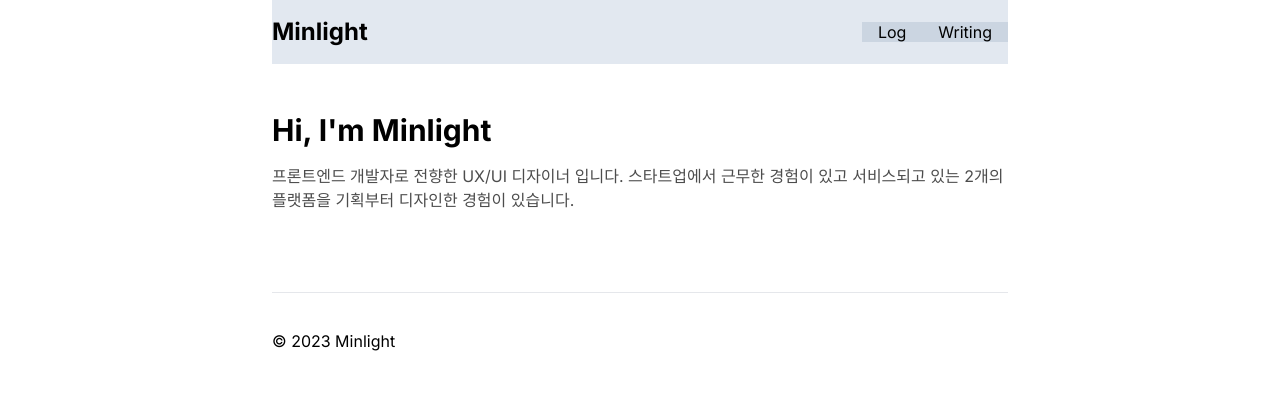
Repository: kwngmin/minlight-log
Page: /
The author's editor kept a copy of each file at every save. The page is drawn from the files as they stood at one save, then again after the next save.
The browser window is 1280 px wide. The pictures show the whole page.
The project was rebuilt for these pictures with package versions that can differ from the ones it lists, and the page was loaded fresh each time. The framework's server and built-in components were replaced by stand-ins that run in the browser. Also part of the build but not shown: next.config.js.

Above is the page before, as saved 2023-04-04 15:42:19.

### src/app/layout.tsx
import "./globals.css";
import Footer from "@/components/Footer";
import Header from "@/components/Header";

import { Inter } from "next/font/google";
const inter = Inter({ subsets: ["latin"] });

export const metadata = {
  title: {
    default: "Minlight",
    template: "Minlight | %s",
  },
  description: "Minlight log",
};

export default function RootLayout({
  children,
}: {
  children: React.ReactNode;
}) {
  return (
    <html lang="en" className={inter.className}>
      <body className="flex flex-col max-w-screen-md mx-auto px-4">
        <Header />
        <main className="grow">{children}</main>
        <Footer />
      </body>
    </html>
  );
}

### src/app/page.tsx
export default function Home() {
  return (
    <section>
      <div className="my-12">
        <h1 className="text-3xl font-bold mb-4">{`Hi, I'm Minlight`}</h1>
        <p className="text-black/70">
          프론트엔드 개발자로 전향한 UX/UI 디자이너 입니다. 스타트업에서 근무한
          경험이 있고 서비스되고 있는 2개의 플랫폼을 기획부터 디자인한 경험이
          있습니다.
        </p>
      </div>
    </section>
  );
}

### src/app/globals.css
@tailwind base;
@tailwind components;
@tailwind utilities;

* {
  box-sizing: border-box;
  padding: 0;
  margin: 0;
}
/*
:root {
  --max-width: 1100px;
  --border-radius: 12px;
  --font-mono: ui-monospace, Menlo, Monaco, "Cascadia Mono", "Segoe UI Mono",
    "Roboto Mono", "Oxygen Mono", "Ubuntu Monospace", "Source Code Pro",
    "Fira Mono", "Droid Sans Mono", "Courier New", monospace;

  --foreground-rgb: 0, 0, 0;
  --background-start-rgb: 214, 219, 220;
  --background-end-rgb: 255, 255, 255;

  --primary-glow: conic-gradient(
    from 180deg at 50% 50%,
    #16abff33 0deg,
    #0885ff33 55deg,
    #54d6ff33 120deg,
    #0071ff33 160deg,
    transparent 360deg
  );
  --secondary-glow: radial-gradient(
    rgba(255, 255, 255, 1),
    rgba(255, 255, 255, 0)
  );

  --tile-start-rgb: 239, 245, 249;
  --tile-end-rgb: 228, 232, 233;
  --tile-border: conic-gradient(
    #00000080,
    #00000040,
    #00000030,
    #00000020,
    #00000010,
    #00000010,
    #00000080
  );

  --callout-rgb: 238, 240, 241;
  --callout-border-rgb: 172, 175, 176;
  --card-rgb: 180, 185, 188;
  --card-border-rgb: 131, 134, 135;
}

@media (prefers-color-scheme: dark) {
  :root {
    --foreground-rgb: 255, 255, 255;
    --background-start-rgb: 0, 0, 0;
    --background-end-rgb: 0, 0, 0;

    --primary-glow: radial-gradient(rgba(1, 65, 255, 0.4), rgba(1, 65, 255, 0));
    --secondary-glow: linear-gradient(
      to bottom right,
      rgba(1, 65, 255, 0),
      rgba(1, 65, 255, 0),
      rgba(1, 65, 255, 0.3)
    );

    --tile-start-rgb: 2, 13, 46;
    --tile-end-rgb: 2, 5, 19;
    --tile-border: conic-gradient(
      #ffffff80,
      #ffffff40,
      #ffffff30,
      #ffffff20,
      #ffffff10,
      #ffffff10,
      #ffffff80
    );

    --callout-rgb: 20, 20, 20;
    --callout-border-rgb: 108, 108, 108;
    --card-rgb: 100, 100, 100;
    --card-border-rgb: 200, 200, 200;
  }
}

* {
  box-sizing: border-box;
  padding: 0;
  margin: 0;
}

html,
body {
  max-width: 100vw;
  overflow-x: hidden;
}

body {
  color: rgb(var(--foreground-rgb));
  background: linear-gradient(
      to bottom,
      transparent,
      rgb(var(--background-end-rgb))
    )
    rgb(var(--background-start-rgb));
}

a {
  color: inherit;
  text-decoration: none;
}

@media (prefers-color-scheme: dark) {
  html {
    color-scheme: dark;
  }
} */

### src/components/Footer.tsx
export default function Footer() {
  return (
    <section className="h-24 flex items-center border-t mt-8">
      © 2023 Minlight
    </section>
  );
}

### src/components/Header.tsx
import Link from "next/link";

const navList = [
  { name: "Log", url: "/log" },
  { name: "Writing", url: "/log" },
];

export default function Header() {
  return (
    <section className="h-16 bg-slate-200 flex items-center justify-between">
      <Link href="/" className="text-2xl font-bold">
        Minlight
      </Link>
      <nav className="">
        {navList.map(({ name, url }) => (
          <Link href={url} key={name} className="px-4 bg-slate-300">
            {name}
          </Link>
        ))}
      </nav>
    </section>
  );
}

Loaded but not shown: tailwind.config.js (common file)

After the next save:
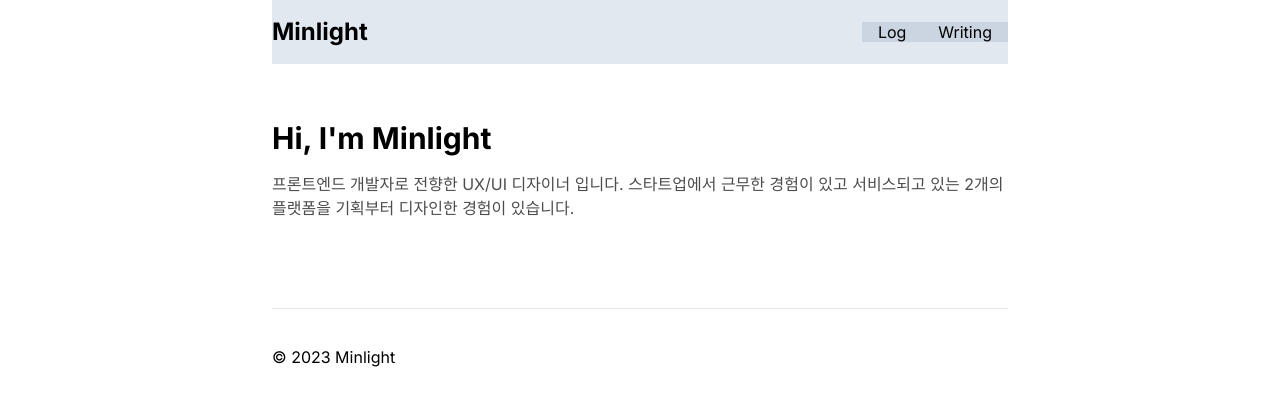
Saved 10 s later.
--- a/src/app/page.tsx
+++ b/src/app/page.tsx
@@ -1,7 +1,7 @@
 export default function Home() {
   return (
     <section>
-      <div className="my-12">
+      <div className="py-14">
         <h1 className="text-3xl font-bold mb-4">{`Hi, I'm Minlight`}</h1>
         <p className="text-black/70">
           프론트엔드 개발자로 전향한 UX/UI 디자이너 입니다. 스타트업에서 근무한
